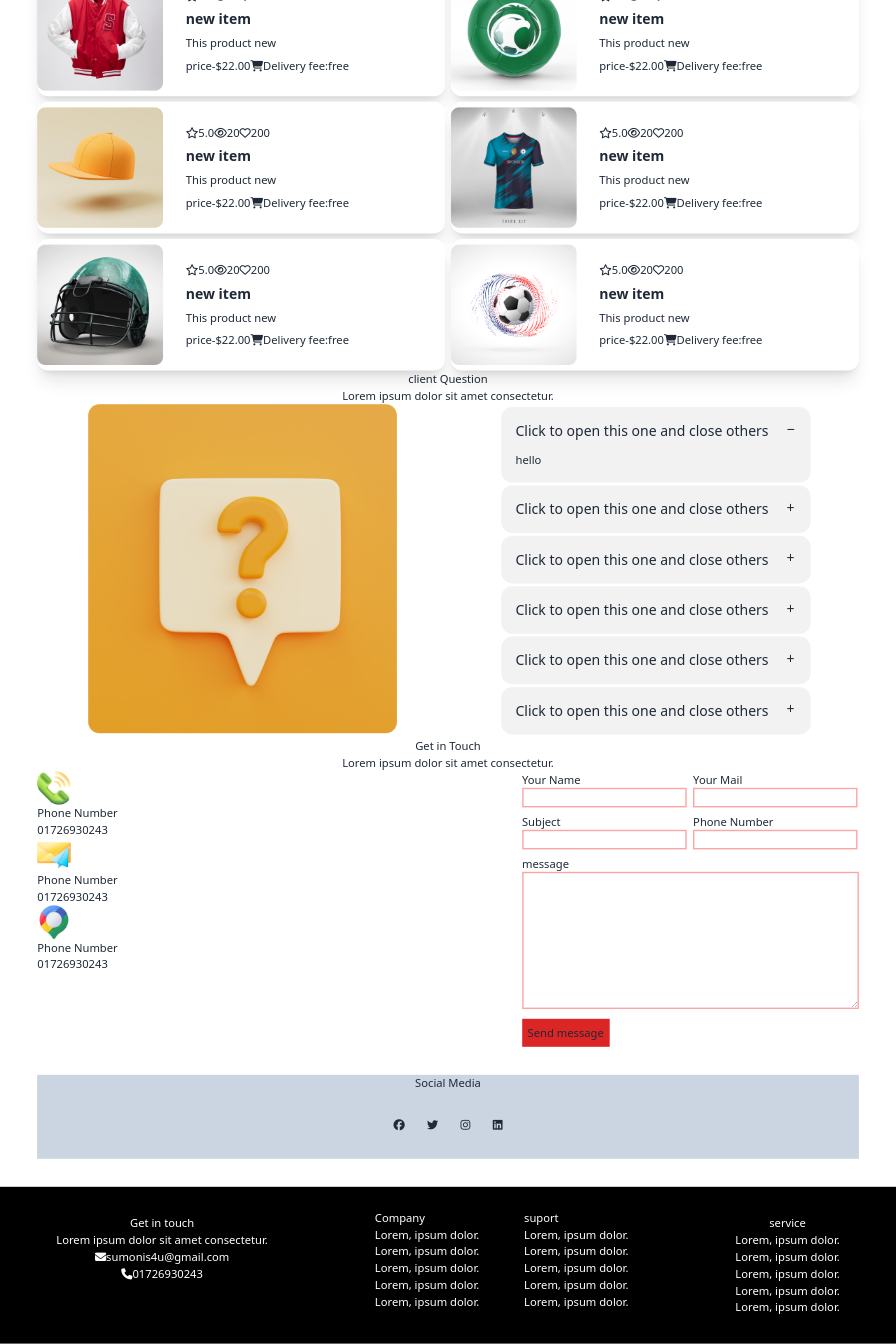
Repository: sumonkumarsarkar/bd-hockeys-team
Page: index.html
An editor plug-in stored every save of this project. The page is shown before and after the next save, followed by the edit.
The browser window is 1280 px wide. The pictures show the part of the page from y = 2028 to 3948 px (the page is 3948 px tall), at 70% of full size.
Some web libraries are served in a nearby version.

Above is the page before, as saved 2024-01-24 10:51:02.

After the next save:
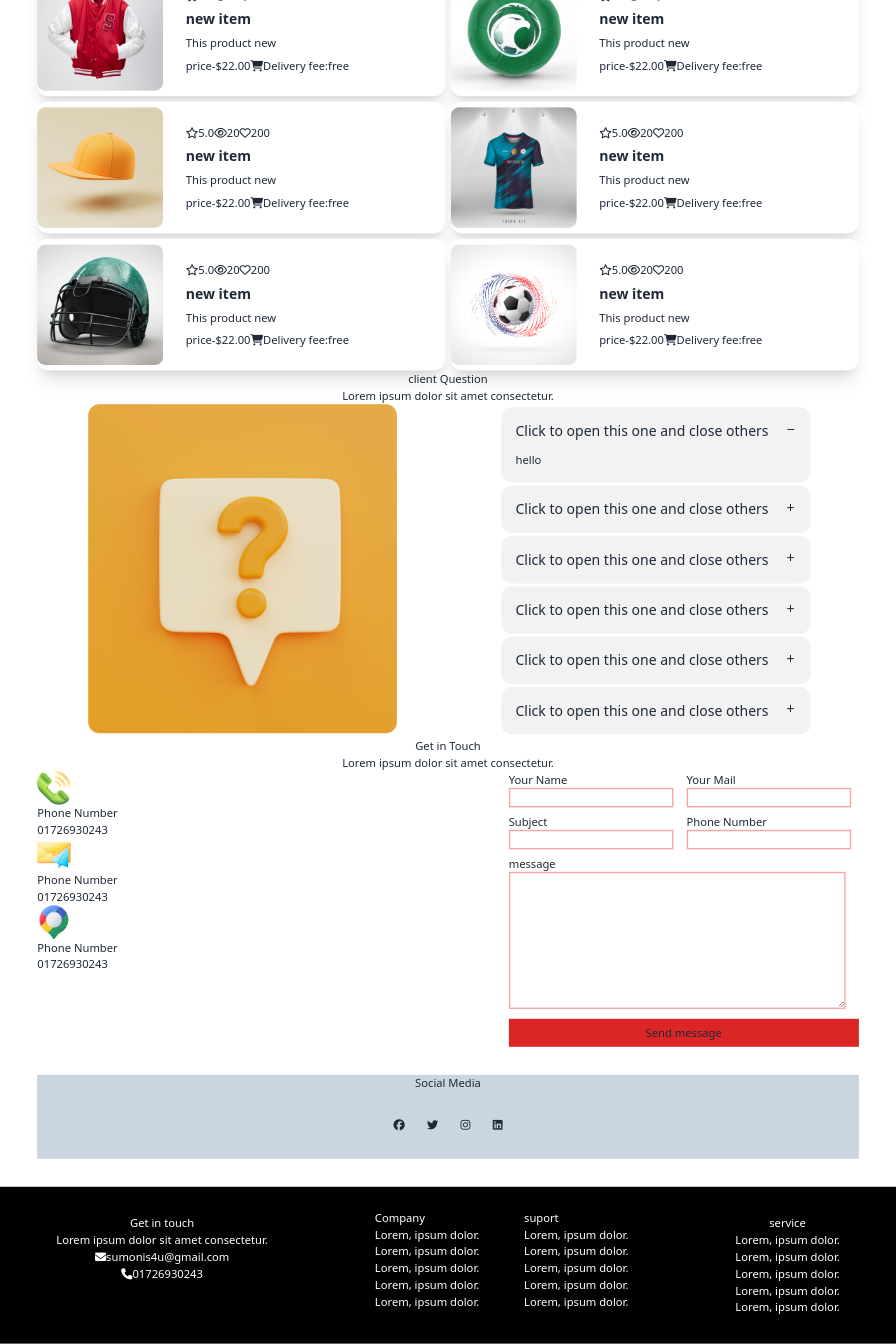
Saved 42 s later.
--- a/index.html
+++ b/index.html
@@ -527,7 +527,7 @@
     </form>
 </div>
 <div class="col-span-2">
-    <button class="p-2 bg-red-600 " type="button">Send message</button>
+    <button class="p-2 bg-red-600 w-[500px] " type="button">Send message</button>
 </div>
 
 
